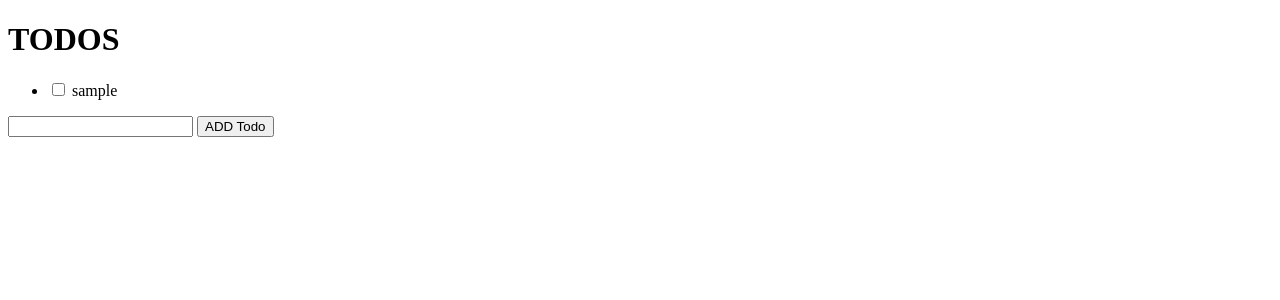
Repository: anonymous1508/todo
Page: http://localhost/
These files come from the project's save history. The page is drawn as it stood at one moment and after a run of saves; the edit follows.
The browser window is 1280 px wide. The pictures show the whole page.
The page is served by the project's application, run on Flask 3 (app.py).

Above is the page before, as saved 2023-04-04 14:31:30.

After the next 3 saves:
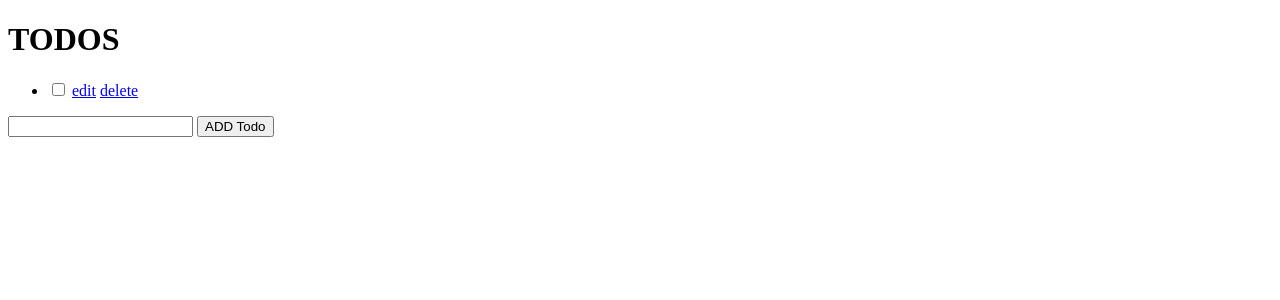
The 3 saves are shown as one change because 2 did not build or start.
The last was saved 21 h 10 min later.
--- a/todo/templates/index.html
+++ b/todo/templates/index.html
@@ -14,7 +14,9 @@
         {%for todo in todos%}
         <li>
             <input type="checkbox" name="done"{% if todo['done'] %}checked {%endif%} onchange="this.form.submit()">
-            {{todo['task']}}
+           <span {%if todo['done']%} style="text-decoration: line-through;"{%endif%} {{todo['task']}}></span>
+           <a href="{{url_for('edit', index=loop.index0)}}">edit</a>
+           <a href="{{url_for('delete', index=loop.index0)}}">delete</a>
         </li>
         {%endfor%}
     </ul>
